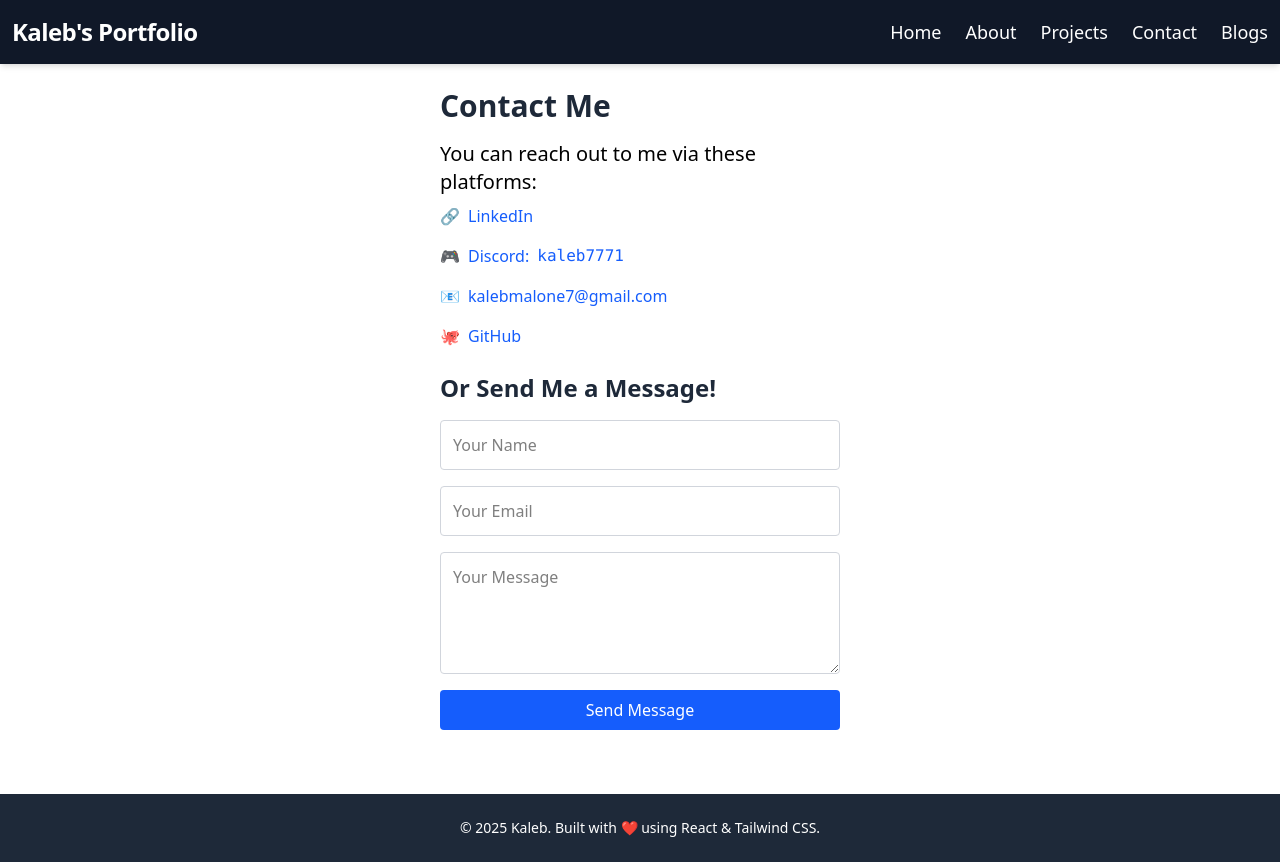
Repository: KalebMalone/portfolio-site
Page: /contact
An editor plug-in stored every save of this project. The page is shown before and after the next save, followed by the edit.
The browser window is 1280 px wide. The pictures show the whole page.
The project was rebuilt for these pictures with package versions that can differ from the ones it lists, and the page was loaded fresh each time. Also part of the build but not shown: vite.config.js, src/pages/Home.jsx, src/pages/About.jsx, src/pages/Projects.jsx, src/pages/Blogs.jsx.

Above is the page before, as saved 2025-04-23 17:37:40.

### src/App.jsx
import { BrowserRouter as Router, Routes, Route } from 'react-router-dom';
import Header from './components/Header';
import Footer from './components/Footer';

import Home from './pages/Home';
import About from './pages/About';
import Projects from './pages/Projects';
import Contact from './pages/Contact';
import Blogs from './pages/Blogs'; // Import Blogs page

function App() {
  return (
    <Router>
      <div className="flex flex-col min-h-screen">
        <Header />

        <main className="flex-grow">
          <Routes>
            <Route path="/" element={<Home />} />
            <Route path="/about" element={<About />} />
            <Route path="/projects" element={<Projects />} />
            <Route path="/contact" element={<Contact />} />
            <Route path="/blogs" element={<Blogs />} /> {/* Add route for Blogs */}
          </Routes>
        </main>

        <Footer />
      </div>
    </Router>
  );
}

export default App;

### src/index.css
@import 'tailwindcss';  /* Or use the Tailwind directives below */

/* Or alternatively, use these Tailwind directives directly in your CSS */
@tailwind base;
@tailwind components;
@tailwind utilities;

### src/components/Header.jsx
import { Link } from 'react-router-dom';

const Header = () => {
    return (
        <header className="bg-gray-900 text-white shadow-md py-4">
            <nav className="max-w-9xl mx-auto flex justify-between items-center px-3">
                {/* Logo/Brand Name (Left-aligned) */}
                <h1 className="text-2xl font-bold tracking-tight">Kaleb's Portfolio</h1>

                {/* Navigation Links (Right-aligned) */}
                <ul className="flex space-x-6 text-lg"> {/* Reduced space between items */}
                    {['Home', 'About', 'Projects', 'Contact', 'Blogs'].map((page) => ( // Add Blogs here
                        <li key={page}>
                            <Link
                                to={`/${page.toLowerCase() === 'home' ? '' : page.toLowerCase()}`}
                                className="hover:text-blue-400 transition-colors duration-200"
                            >
                                {page}
                            </Link>
                        </li>
                    ))}
                </ul>
            </nav>
        </header>
    );
};

export default Header;

### src/components/Footer.jsx
const Footer = () => {
    return (
        <footer className="bg-gray-800 text-white text-center py-6 mt-10">
            <p className="text-sm">© {new Date().getFullYear()} Kaleb. Built with ❤️ using React & Tailwind CSS.</p>
        </footer>
    );
};

export default Footer;

### src/pages/Contact.jsx
import React from 'react';

const Contact = () => {
    return (
        <section className="p-6 max-w-md mx-auto">
            <h2 className="text-3xl font-bold mb-4 text-gray-800">Contact Me</h2>

            {/* Contact Information */}
            <div className="mb-6">
                <p className="text-xl mb-2">You can reach out to me via these platforms:</p>
                <ul className="space-y-4">
                    <li>
                        <a
                            href="https://www.linkedin.com/in/kalebmalone/"
                            target="_blank"
                            rel="noopener noreferrer"
                            className="flex items-center text-blue-600 hover:text-blue-800 transition-colors"
                        >
                            <span role="img" aria-label="LinkedIn" className="mr-2">🔗</span>
                            LinkedIn
                        </a>
                    </li>
                    <li className="flex items-center text-blue-600">
                        <span role="img" aria-label="Discord" className="mr-2">🎮</span>
                        Discord: <span className="ml-2 font-mono">kaleb7771</span>
                    </li>
                    <li>
                        <a
                            href="mailto:kalebmalone7@gmail.com"
                            className="flex items-center text-blue-600 hover:text-blue-800 transition-colors"
                        >
                            <span role="img" aria-label="Email" className="mr-2">📧</span>
                            kalebmalone7@gmail.com
                        </a>
                    </li>
                    <li>
                        <a
                            href="https://github.com/kalebmalone"
                            target="_blank"
                            rel="noopener noreferrer"
                            className="flex items-center text-blue-600 hover:text-blue-800 transition-colors"
                        >
                            <span role="img" aria-label="GitHub" className="mr-2">🐙</span>
                            GitHub
                        </a>
                    </li>
                </ul>
            </div>

            {/* Message Form */}
            <h3 className="text-2xl font-semibold text-gray-800 mb-4">Or Send Me a Message!</h3>
            <form className="flex flex-col gap-4">
                <input
                    type="text"
                    placeholder="Your Name"
                    className="p-3 border border-gray-300 rounded focus:ring-2 focus:ring-blue-500 outline-none"
                />
                <input
                    type="email"
                    placeholder="Your Email"
                    className="p-3 border border-gray-300 rounded focus:ring-2 focus:ring-blue-500 outline-none"
                />
                <textarea
                    rows="4"
                    placeholder="Your Message"
                    className="p-3 border border-gray-300 rounded focus:ring-2 focus:ring-blue-500 outline-none"
                ></textarea>
                <button className="bg-blue-600 text-white py-2 rounded hover:bg-blue-700 transition">
                    Send Message
                </button>
            </form>
        </section>
    );
};

export default Contact;

Loaded but not shown: index.html (common file); src/main.jsx (common file)

After the next save:
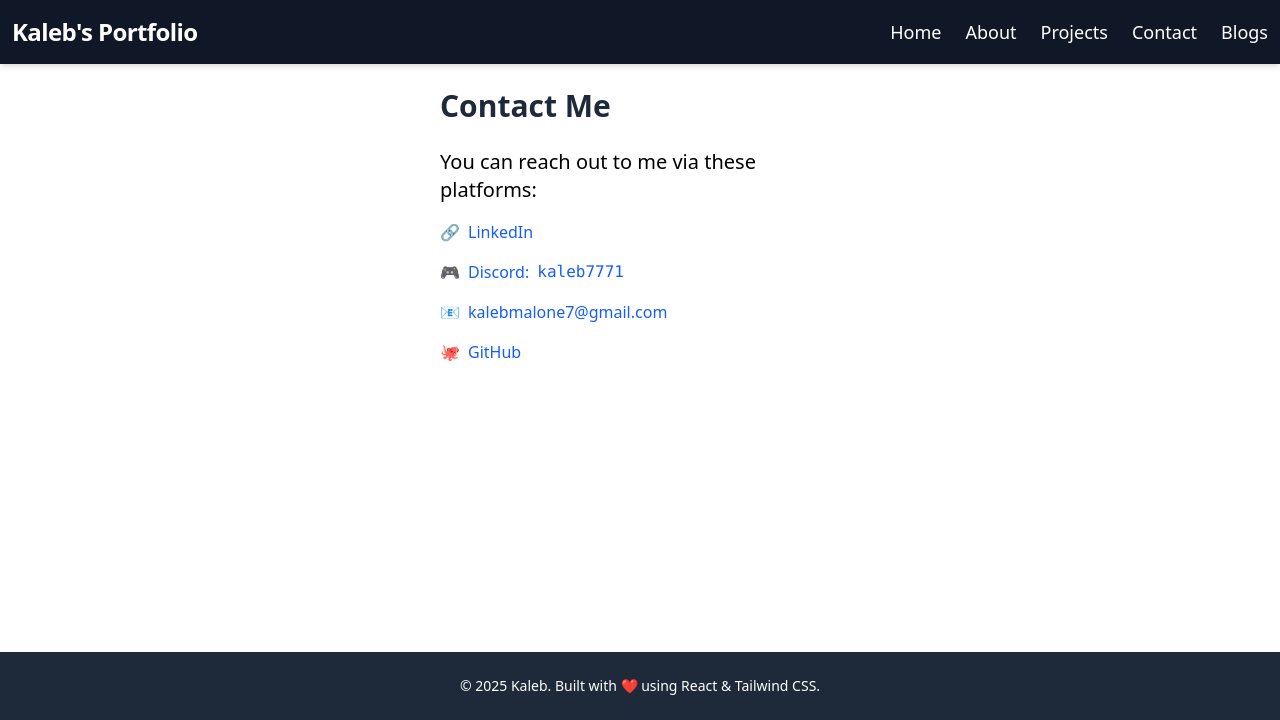
Saved 14 s later.
--- a/src/pages/Contact.jsx
+++ b/src/pages/Contact.jsx
@@ -3,72 +3,46 @@ import React from 'react';
 const Contact = () => {
     return (
         <section className="p-6 max-w-md mx-auto">
-            <h2 className="text-3xl font-bold mb-4 text-gray-800">Contact Me</h2>
+            <h2 className="text-3xl font-bold mb-6 text-gray-800">Contact Me</h2>
 
-            {/* Contact Information */}
-            <div className="mb-6">
-                <p className="text-xl mb-2">You can reach out to me via these platforms:</p>
-                <ul className="space-y-4">
-                    <li>
-                        <a
-                            href="https://www.linkedin.com/in/kalebmalone/"
-                            target="_blank"
-                            rel="noopener noreferrer"
-                            className="flex items-center text-blue-600 hover:text-blue-800 transition-colors"
-                        >
-                            <span role="img" aria-label="LinkedIn" className="mr-2">🔗</span>
-                            LinkedIn
-                        </a>
-                    </li>
-                    <li className="flex items-center text-blue-600">
-                        <span role="img" aria-label="Discord" className="mr-2">🎮</span>
-                        Discord: <span className="ml-2 font-mono">kaleb7771</span>
-                    </li>
-                    <li>
-                        <a
-                            href="mailto:kalebmalone7@gmail.com"
-                            className="flex items-center text-blue-600 hover:text-blue-800 transition-colors"
-                        >
-                            <span role="img" aria-label="Email" className="mr-2">📧</span>
-                            kalebmalone7@gmail.com
-                        </a>
-                    </li>
-                    <li>
-                        <a
-                            href="https://github.com/kalebmalone"
-                            target="_blank"
-                            rel="noopener noreferrer"
-                            className="flex items-center text-blue-600 hover:text-blue-800 transition-colors"
-                        >
-                            <span role="img" aria-label="GitHub" className="mr-2">🐙</span>
-                            GitHub
-                        </a>
-                    </li>
-                </ul>
-            </div>
-
-            {/* Message Form */}
-            <h3 className="text-2xl font-semibold text-gray-800 mb-4">Or Send Me a Message!</h3>
-            <form className="flex flex-col gap-4">
-                <input
-                    type="text"
-                    placeholder="Your Name"
-                    className="p-3 border border-gray-300 rounded focus:ring-2 focus:ring-blue-500 outline-none"
-                />
-                <input
-                    type="email"
-                    placeholder="Your Email"
-                    className="p-3 border border-gray-300 rounded focus:ring-2 focus:ring-blue-500 outline-none"
-                />
-                <textarea
-                    rows="4"
-                    placeholder="Your Message"
-                    className="p-3 border border-gray-300 rounded focus:ring-2 focus:ring-blue-500 outline-none"
-                ></textarea>
-                <button className="bg-blue-600 text-white py-2 rounded hover:bg-blue-700 transition">
-                    Send Message
-                </button>
-            </form>
+            <p className="text-xl mb-4">You can reach out to me via these platforms:</p>
+            <ul className="space-y-4">
+                <li>
+                    <a
+                        href="https://www.linkedin.com/in/kalebmalone/"
+                        target="_blank"
+                        rel="noopener noreferrer"
+                        className="flex items-center text-blue-600 hover:text-blue-800 transition-colors"
+                    >
+                        <span role="img" aria-label="LinkedIn" className="mr-2">🔗</span>
+                        LinkedIn
+                    </a>
+                </li>
+                <li className="flex items-center text-blue-600">
+                    <span role="img" aria-label="Discord" className="mr-2">🎮</span>
+                    Discord: <span className="ml-2 font-mono">kaleb7771</span>
+                </li>
+                <li>
+                    <a
+                        href="mailto:kalebmalone7@gmail.com"
+                        className="flex items-center text-blue-600 hover:text-blue-800 transition-colors"
+                    >
+                        <span role="img" aria-label="Email" className="mr-2">📧</span>
+                        kalebmalone7@gmail.com
+                    </a>
+                </li>
+                <li>
+                    <a
+                        href="https://github.com/kalebmalone"
+                        target="_blank"
+                        rel="noopener noreferrer"
+                        className="flex items-center text-blue-600 hover:text-blue-800 transition-colors"
+                    >
+                        <span role="img" aria-label="GitHub" className="mr-2">🐙</span>
+                        GitHub
+                    </a>
+                </li>
+            </ul>
         </section>
     );
 };
